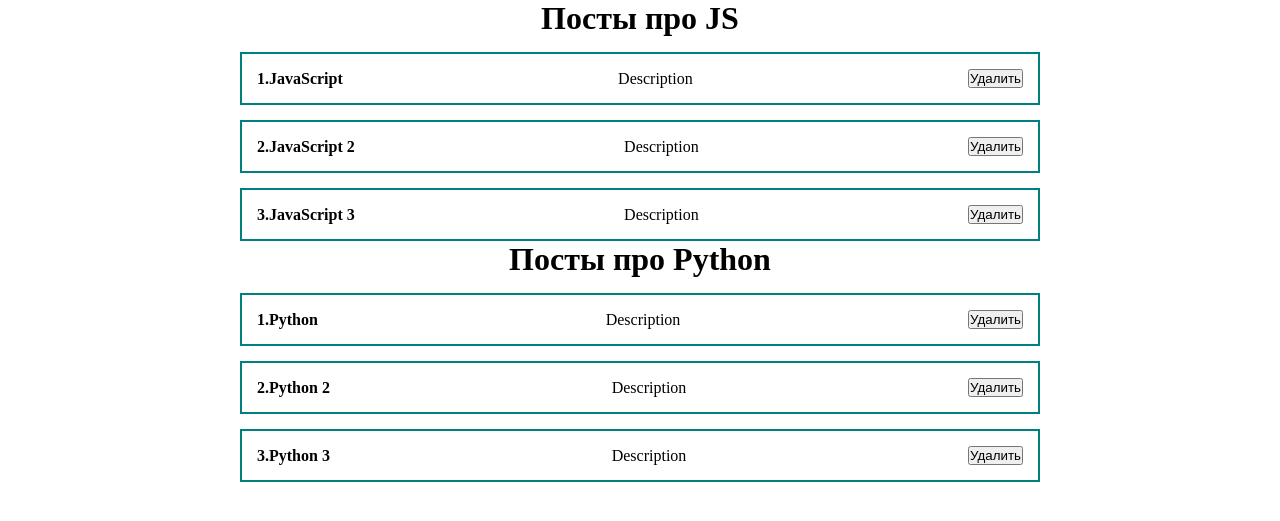
Repository: otvertka/ulb2_react
Page: / (app in jk_project/)
These files come from the project's save history. The page is drawn as it stood at one moment and after the next save; the edit follows.
The browser window is 1280 px wide. The pictures show the whole page.
The project was rebuilt for these pictures with package versions that can differ from the ones it lists, and the page was loaded fresh each time. Also part of the build but not shown: jk_project/src/component/Counter.jsx, jk_project/src/component/ClassCounter.jsx.

Above is the page before, as saved 2023-09-08 11:46:51.

After the next save:
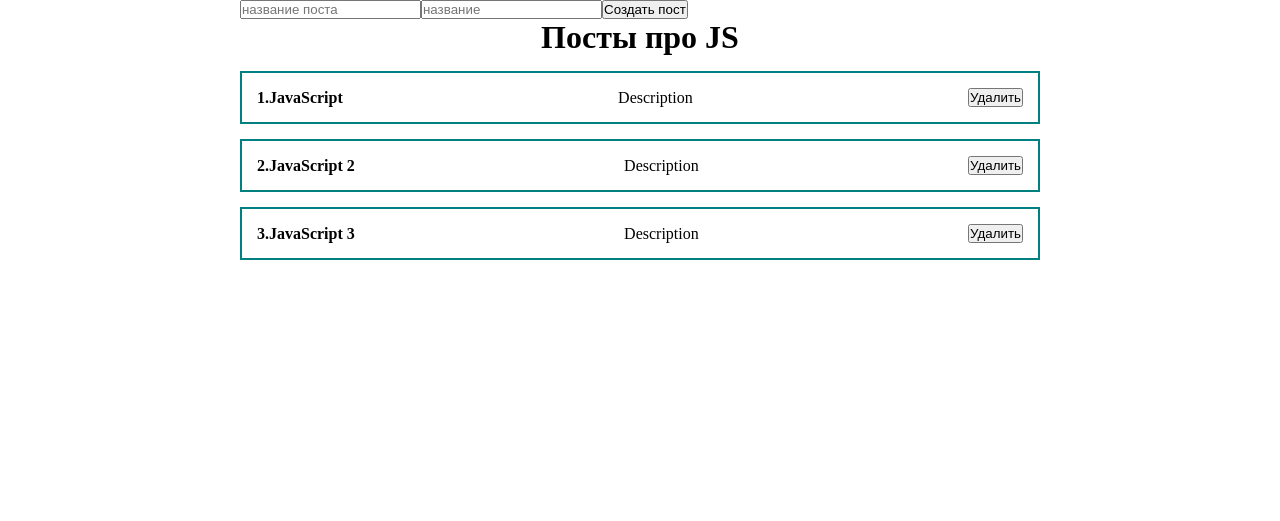
Saved 2 min 6 s later.
--- a/jk_project/src/App.js
+++ b/jk_project/src/App.js
@@ -11,16 +11,15 @@ function App() {
     { id: 2, title: "JavaScript 2", body: "Description" },
     { id: 3, title: "JavaScript 3", body: "Description" },
   ]);
-  const [posts2, setPosts2] = useState([
-    { id: 1, title: "Python", body: "Description" },
-    { id: 2, title: "Python 2", body: "Description" },
-    { id: 3, title: "Python 3", body: "Description" },
-  ]);
 
   return (
     <div className="App">
+      <form>
+        <input type="text" placeholder="название поста" />
+        <input type="text" placeholder="название" />
+        <button>Создать пост</button>
+      </form>
       <PostList posts={posts} title="Посты про JS" />
-      <PostList posts={posts2} title="Посты про Python" />
     </div>
   );
 }
